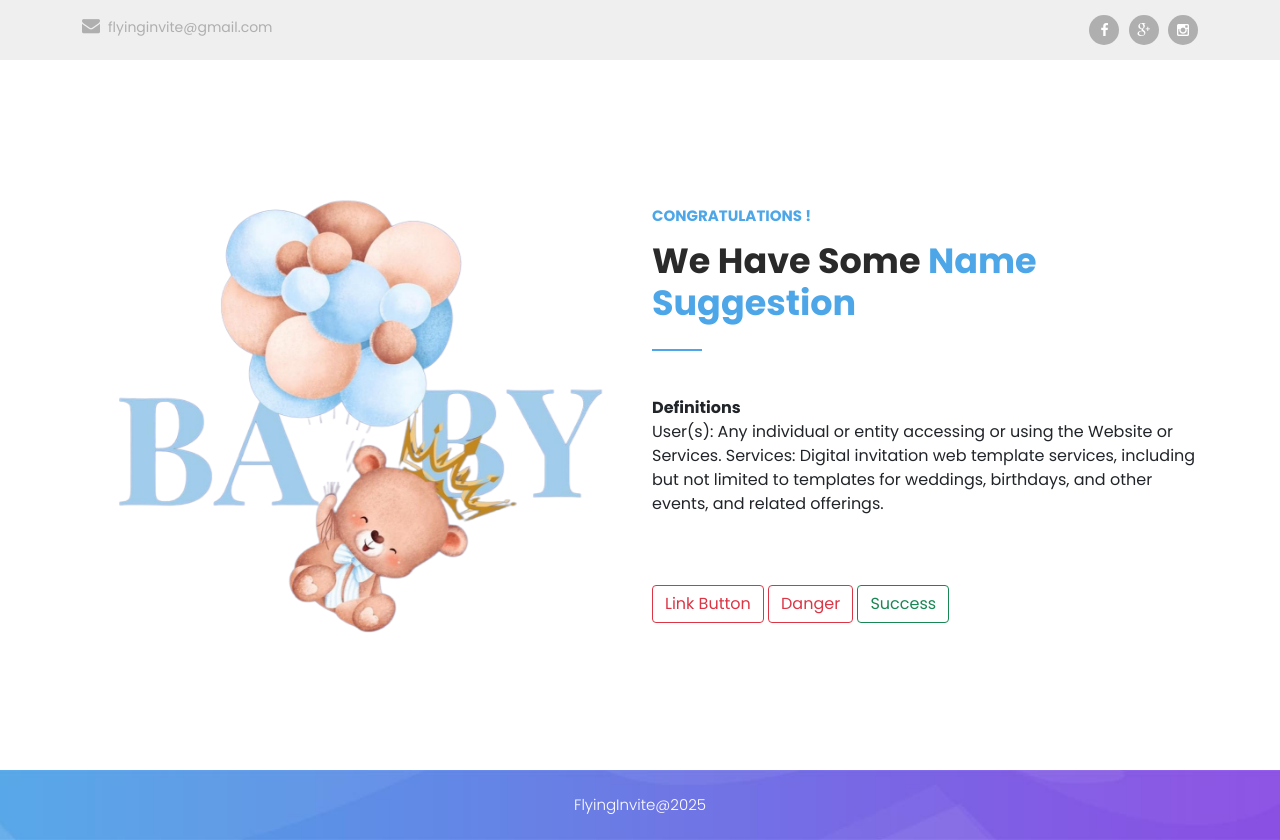
Repository: viraj7551/Flying-Invite-Project
Page: http://localhost/FlyingInvite/name_suggestor.jsp
These files come from the project's save history. The page is drawn as it stood at one moment and after the next save; the edit follows.
The browser window is 1280 px wide. The pictures show the whole page.
The page is served by Tomcat 9. Other server files are loaded and not shown.

Above is the page before, as saved 2025-04-20 08:02:49.

### FlyingInvite/WebContent/name_suggestor.jsp
<%@ page language="java" contentType="text/html; charset=ISO-8859-1"
    pageEncoding="ISO-8859-1"%>
<!DOCTYPE html>
<html>
<head>
  <meta charset="UTF-8">
  <meta name="viewport" content="width=device-width, initial-scale=1, shrink-to-fit=no">
  <meta name="description" content="">
  <meta name="author" content="">
  <link rel="preconnect" href="https://fonts.googleapis.com">
  <link rel="preconnect" href="https://fonts.gstatic.com" crossorigin>
  <link href="https://fonts.googleapis.com/css2?family=Poppins:wght@100;200;300;400;500;600;700;800;900&display=swap" rel="stylesheet">

  <title>Flying Invite | Name Suggestor</title>

  <!-- Bootstrap core CSS -->
  <link href="vendor/bootstrap/css/bootstrap.min.css" rel="stylesheet">


  <!-- Additional CSS Files -->
  <link rel="stylesheet" href="assets/css/fontawesome.css">
  <link rel="stylesheet" href="assets/css/app.css">
  <link rel="stylesheet" href="assets/css/animated.css">
  <link rel="stylesheet" href="assets/css/owl.css">
  <link rel="stylesheet" href="assets/css/style.css">

  <script async src="https://www.googletagmanager.com/gtag/js?id=G-DZ4MP44ET9"></script>
<script>
  window.dataLayer = window.dataLayer || [];
  function gtag(){dataLayer.push(arguments);}
  gtag('js', new Date());

  gtag('config', 'G-DZ4MP44ET9');
</script>


</head>
<body>
 <!-- ***** Preloader Start ***** -->
  <div id="js-preloader" class="js-preloader">
    <div class="preloader-inner">
      <span class="dot"></span>
      <div class="dots">
        <span></span>
        <span></span>
        <span></span>
      </div>
    </div>
  </div>

    <!-- ***** Preloader End ***** -->

  <!-- Pre-header Starts -->
  <div class="pre-header">
    <div class="container">
      <div class="row">
        <div class="col-lg-8 col-sm-8 col-7">
          <ul class="info">
            <li><a href="#"><i class="fa fa-envelope"></i>flyinginvite@gmail.com</a></li>
          </ul>
        </div>
        <div class="col-lg-4 col-sm-4 col-5">
          <ul class="social-media">
            <li><a href="https://www.facebook.com/profile.php?id=61567671551405" target="_blank"><i class="fa fa-facebook"></i></a></li>
            <li><a href="#"><i class="fa fa-google-plus"></i></a></li>
            <li><a href="https://www.instagram.com/flyinginvite/?igsh=Yjh6aXM5eHZ3a3Nt" target="_blank"><i class="fa fa-instagram"></i></a></li>
          </ul>
        </div>
      </div>
    </div>
  </div>
  <!-- Pre-header End -->

  <div id="about" class="about section">
    <div class="container">
      <div class="row">
        <div class="col-lg-12">
          <div class="row">
            <div class="col-lg-6">
              <div class="about-left-image  wow fadeInLeft" data-wow-duration="1s" data-wow-delay="0.5s">
                <img src="assets/images/name_suggestor.png" alt="mom with baby in her womb">
              </div>
            </div>
            <div class="col-lg-6 align-self-center  wow fadeInRight" data-wow-duration="1s" data-wow-delay="0.5s">
              <div class="about-right-content">
                <div class="section-heading">
                  <h6>Congratulations !</h6>
                  <h4>We have some <em>Name Suggestion</em></h4>
                  <div class="line-dec"></div>
                </div>

                <p>
                    <ul><strong>Definitions</strong>
                      <li>User(s): Any individual or entity accessing or using the Website or Services.
                        Services: Digital invitation web template services, including but not limited to templates for weddings, birthdays, and other events, and related offerings.
                      </li>
                    </ul> <br>
                </p>

              <a href="#" class="btn btn-outline-danger" role="button">Link Button</a>

              <button type="button" class="btn btn-outline-danger" href="index.jsp">Danger</button>
              <button type="button" class="btn btn-outline-success">Success</button>

              </div>
            </div>
          </div>
        </div>
      </div>
    </div>
  </div>

  <footer>
    <div class="container">
      <div class="row">
        <div class="col-lg-12">
           <p>FlyingInvite@2025</p>
        </div>
      </div>
    </div>
  </footer>

  <!-- Scripts -->
  <script src="vendor/jquery/jquery.min.js"></script>
  <script src="vendor/bootstrap/js/bootstrap.bundle.min.js"></script>
  <script src="assets/js/owl-carousel.js"></script>
  <script src="assets/js/animation.js"></script>
  <script src="assets/js/imagesloaded.js"></script>
  <script src="assets/js/custom.js"></script>
  <script src="assets/js/app.js"></script>
</body>
</html>

### FlyingInvite/WebContent/assets/css/owl.css
/**
 * Owl Carousel v2.3.4
 * Copyright 2013-2018 David Deutsch
 * Licensed under: SEE LICENSE IN https://github.com/OwlCarousel2/OwlCarousel2/blob/master/LICENSE
 */
/*
 *  Owl Carousel - Core
 */
.owl-carousel {
  display: none;
  width: 100%;
  -webkit-tap-highlight-color: transparent;
  /* position relative and z-index fix webkit rendering fonts issue */
  position: relative;
  z-index: 1; }
  .owl-carousel .owl-stage {
    position: relative;
    -ms-touch-action: pan-Y;
    touch-action: manipulation;
    -moz-backface-visibility: hidden;
    /* fix firefox animation glitch */ }
  .owl-carousel .owl-stage:after {
    content: ".";
    display: block;
    clear: both;
    visibility: hidden;
    line-height: 0;
    height: 0; }
  .owl-carousel .owl-stage-outer {
    position: relative;
    overflow: hidden;
    /* fix for flashing background */
    -webkit-transform: translate3d(0px, 0px, 0px); }
  .owl-carousel .owl-wrapper,
  .owl-carousel .owl-item {
    -webkit-backface-visibility: hidden;
    -moz-backface-visibility: hidden;
    -ms-backface-visibility: hidden;
    -webkit-transform: translate3d(0, 0, 0);
    -moz-transform: translate3d(0, 0, 0);
    -ms-transform: translate3d(0, 0, 0); }
  .owl-carousel .owl-item {
    position: relative;
    min-height: 1px;
    float: left;
    -webkit-backface-visibility: hidden;
    -webkit-tap-highlight-color: transparent;
    -webkit-touch-callout: none; }
  .owl-carousel .owl-item img {
    display: block;
    width: 100%; }
  .owl-carousel .owl-nav.disabled,
  .owl-carousel .owl-dots.disabled {
    display: none; }
  .owl-carousel .owl-nav .owl-prev,
  .owl-carousel .owl-nav .owl-next,
  .owl-carousel .owl-dot {
    cursor: pointer;
    -webkit-user-select: none;
    -khtml-user-select: none;
    -moz-user-select: none;
    -ms-user-select: none;
    user-select: none; }
  .owl-carousel .owl-nav button.owl-prev,
  .owl-carousel .owl-nav button.owl-next,
  .owl-carousel button.owl-dot {
    background: none;
    color: inherit;
    border: none;
    padding: 0 !important;
    font: inherit; }
  .owl-carousel.owl-loaded {
    display: block; }
  .owl-carousel.owl-loading {
    opacity: 0;
    display: block; }
  .owl-carousel.owl-hidden {
    opacity: 0; }
  .owl-carousel.owl-refresh .owl-item {
    visibility: hidden; }
  .owl-carousel.owl-drag .owl-item {
    -ms-touch-action: pan-y;
        touch-action: pan-y;
    -webkit-user-select: none;
    -moz-user-select: none;
    -ms-user-select: none;
    user-select: none; }
  .owl-carousel.owl-grab {
    cursor: move;
    cursor: grab; }
  .owl-carousel.owl-rtl {
    direction: rtl; }
  .owl-carousel.owl-rtl .owl-item {
    float: right; }

/* No Js */
.no-js .owl-carousel {
  display: block; }

/*
 *  Owl Carousel - Animate Plugin
 */
.owl-carousel .animated {
  animation-duration: 1000ms;
  animation-fill-mode: both; }

.owl-carousel .owl-animated-in {
  z-index: 0; }

.owl-carousel .owl-animated-out {
  z-index: 1; }

.owl-carousel .fadeOut {
  animation-name: fadeOut; }

@keyframes fadeOut {
  0% {
    opacity: 1; }
  100% {
    opacity: 0; } }

/*
 * 	Owl Carousel - Auto Height Plugin
 */
.owl-height {
  transition: height 500ms ease-in-out; }

/*
 * 	Owl Carousel - Lazy Load Plugin
 */
.owl-carousel .owl-item {
  /**
			This is introduced due to a bug in IE11 where lazy loading combined with autoheight plugin causes a wrong
			calculation of the height of the owl-item that breaks page layouts
		 */ }
  .owl-carousel .owl-item .owl-lazy {
    opacity: 0;
    transition: opacity 400ms ease; }
  .owl-carousel .owl-item .owl-lazy[src^=""], .owl-carousel .owl-item .owl-lazy:not([src]) {
    max-height: 0; }
  .owl-carousel .owl-item img.owl-lazy {
    transform-style: preserve-3d; }

/*
 * 	Owl Carousel - Video Plugin
 */
.owl-carousel .owl-video-wrapper {
  position: relative;
  height: 100%;
  background: #000; }

.owl-carousel .owl-video-play-icon {
  position: absolute;
  height: 80px;
  width: 80px;
  left: 50%;
  top: 50%;
  margin-left: -40px;
  margin-top: -40px;
  background: url("owl.video.play.png") no-repeat;
  cursor: pointer;
  z-index: 1;
  -webkit-backface-visibility: hidden;
  transition: transform 100ms ease; }

.owl-carousel .owl-video-play-icon:hover {
  -ms-transform: scale(1.3, 1.3);
      transform: scale(1.3, 1.3); }

.owl-carousel .owl-video-playing .owl-video-tn,
.owl-carousel .owl-video-playing .owl-video-play-icon {
  display: none; }

.owl-carousel .owl-video-tn {
  opacity: 0;
  height: 100%;
  background-position: center center;
  background-repeat: no-repeat;
  background-size: contain;
  transition: opacity 400ms ease; }

.owl-carousel .owl-video-frame {
  position: relative;
  z-index: 1;
  height: 100%;
  width: 100%; }

### FlyingInvite/WebContent/assets/css/style.css
/* Aligns the heading text to the center. */

h1 {
    text-align: center;
  }

  /* Sets the width for the accordion. Sets the margin to 90px on the top and bottom and auto to the left and right */
.accordion-body{
    margin-top: 100px;
}


.navigate_section{
    margin: 90px auto;
}

#navigateHeader{
  display: none;
}
#navigateBtn{
  padding: 20px;
  background-color: #213448;
  color: #fff;
  margin-left: 350px;
  margin-top: 170px;
  margin-bottom: 170px;
  border-radius: 5px;
  width: max-content;
}
.blink_me{
  animation: blinker 1s linear infinite;
}

@keyframes blinker {
  50% {
    opacity: 0;
  }
}

#coming_soon_header{
  padding: 20px;
  color: #213448;
  margin-left: 350px;
  margin-top: 170px;
  margin-bottom: 170px;
  border-radius: 5px;
  width: max-content;
}

#navigateBtn:hover {
   background-color: #27548A;
}

  .accordion {
    width: 800px;
    margin: 90px auto;
    color: black;
    background-color: white;
    padding: 45px 45px;
  }

  .accordion .container {
    position: relative;
    margin: 10px 10px;
  }

  /* Positions the labels relative to the .container. Adds padding to the top and bottom and increases font size. Also makes its cursor a pointer */

  .accordion .label {
    position: relative;
    padding: 10px 0;
    font-size: 24px;
    color: black;
    cursor: pointer;
  }

  /* Positions the plus sign 5px from the right. Centers it using the transform property. */

.accordion .label::before {
    content: '+';
    color: black;
    position: absolute;
    top: 50%;
    right: -5px;
    font-size: 24px;
    transform: translateY(-50%);
  }

  /* Hides the content (height: 0), decreases font size, justifies text and adds transition */

  .accordion .content {
    position: relative;
    background: white;
    height: 0;
    font-size: 16px;
    text-align: justify;
    width: 780px;
    overflow: hidden;
    transition: 0.5s;
  }

  /* Adds a horizontal line between the contents */

  .accordion hr {
    width: 100;
    margin-left: 0;
    border: 1px solid grey;
  }

  /* Unhides the content part when active. Sets the height */

.accordion .container.active .content {
    height: 90px;
  }




  /* Changes from plus sign to negative sign once active */

  .accordion .container.active .label::before {
    content: '-';
    font-size: 30px;
  }


 @media (max-width: 1200px) {
    #navigateBtn{
      margin-left: 180px;
     }
  }

 @media only screen and (max-width: 1024px) {
    #coming_soon_header{
      margin-left: 180px;
    }
}

 @media only screen and (max-width: 1180px) {
    #coming_soon_header{
      margin-left: 180px;
    }
  }


  @media (max-width: 992px) {


    .accordion .container.active .content{
      width: auto;
      height: 100px;
    }

    #navigateBtn{
    margin-left: 55px;
   }
  }

   @media only screen and (max-width: 932px) and (min-width: 740px){
  #navigateBtn{
    margin-left: 135px;
   }

   #navigateHeader{
    display: block;
    margin-left: 110px;
  }
  #coming_soon_header{
    margin-left: 110px;
  }
 }



  @media (max-width: 767px){

    .accordion{
        width: auto;
    }
    .accordion .label {
        font-size: 16px;
      }

      .accordion .content {
        font-size: 14px;
        text-align: justify;
        width: 200px;
        overflow: hidden;
      }

      #navigateHeader{
        display: block;
        margin-left: 20px;
      }

      #coming_soon_header{
        margin-left: 20px;
      }
  }

    @media only screen and (max-width: 360px){
      #navigateHeader{
        display: block;
        margin-left: 60px;
      }
  }

Loaded but not shown: FlyingInvite/WebContent/assets/css/fontawesome.css (library); FlyingInvite/WebContent/assets/css/animated.css (common file); FlyingInvite/WebContent/assets/js/owl-carousel.js (3448 lines, source omitted); FlyingInvite/WebContent/assets/js/imagesloaded.js (496 lines, source omitted); FlyingInvite/WebContent/assets/js/animation.js (193 lines, source omitted); FlyingInvite/WebContent/assets/js/custom.js (172 lines, source omitted); FlyingInvite/WebContent/assets/js/app.js (7 lines, source omitted); FlyingInvite/WebContent/assets/css/app.css (2123 lines, source omitted)

After the next save:
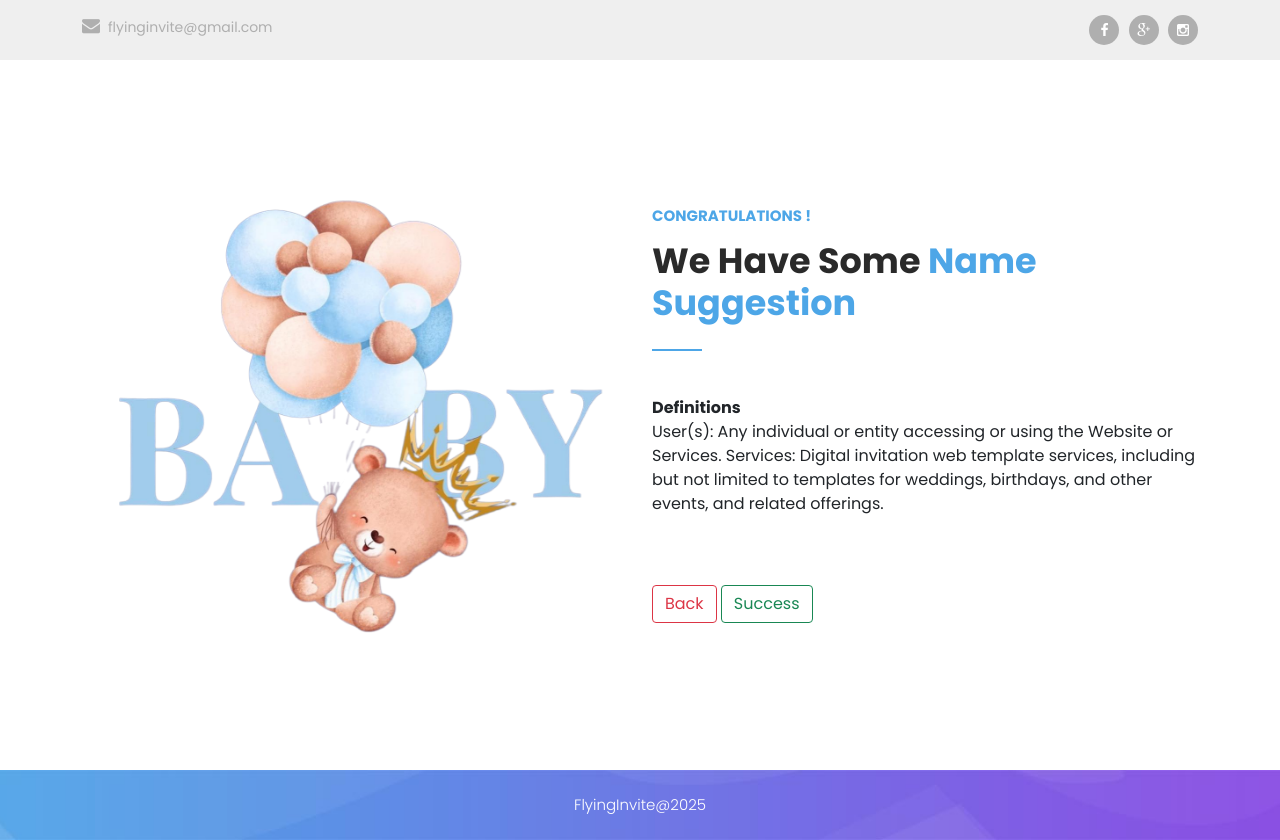
Saved 9 s later.
--- a/FlyingInvite/WebContent/name_suggestor.jsp
+++ b/FlyingInvite/WebContent/name_suggestor.jsp
@@ -97,9 +97,8 @@
                     </ul> <br>
                 </p>
 
-              <a href="#" class="btn btn-outline-danger" role="button">Link Button</a>
+              <a href="#" class="btn btn-outline-danger" role="button">Back</a>
 
-              <button type="button" class="btn btn-outline-danger" href="index.jsp">Danger</button>
               <button type="button" class="btn btn-outline-success">Success</button>
 
               </div>
